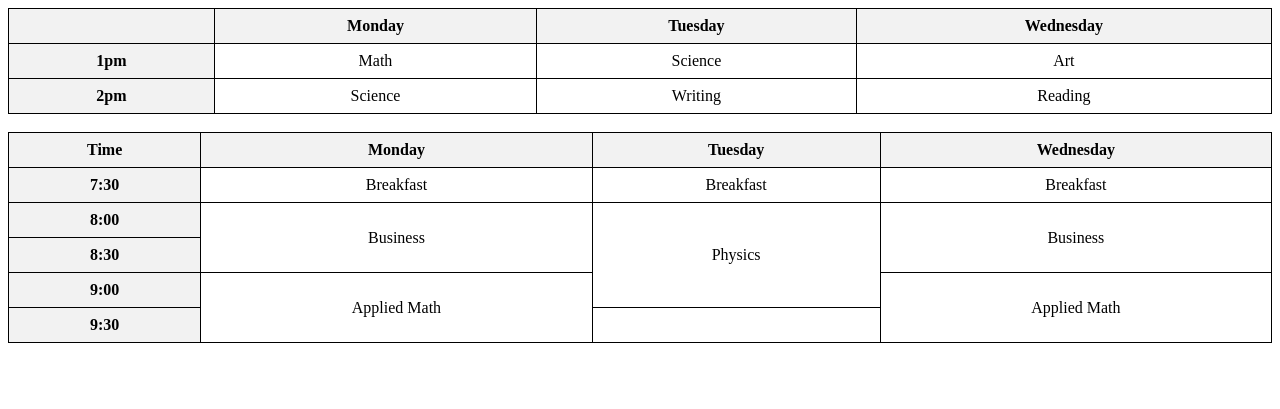
Repository: jefflai0412/website_design
Page: task1.html
The author's editor kept a copy of each file at every save. The page is drawn from the files as they stood at one save, then again after the next save.
The browser window is 1280 px wide. The pictures show the whole page.

Above is the page before, as saved 2024-10-18 13:52:56.

After the next save:
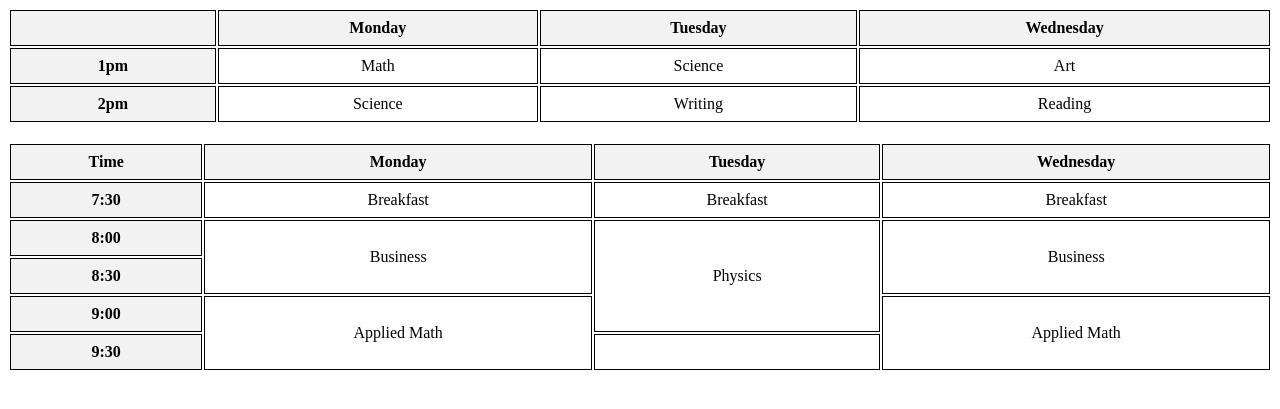
Saved 57 s later.
--- a/task1.html
+++ b/task1.html
@@ -7,7 +7,13 @@
     <style>
         table {
             width: 100%;
-            border-collapse: collapse;
+            /* border-collapse: collapse; */
+
+        }
+
+        tr {
+            cell-spacing: 5px;
+            cellpadding: 5px;
         }
 
         th, td {
